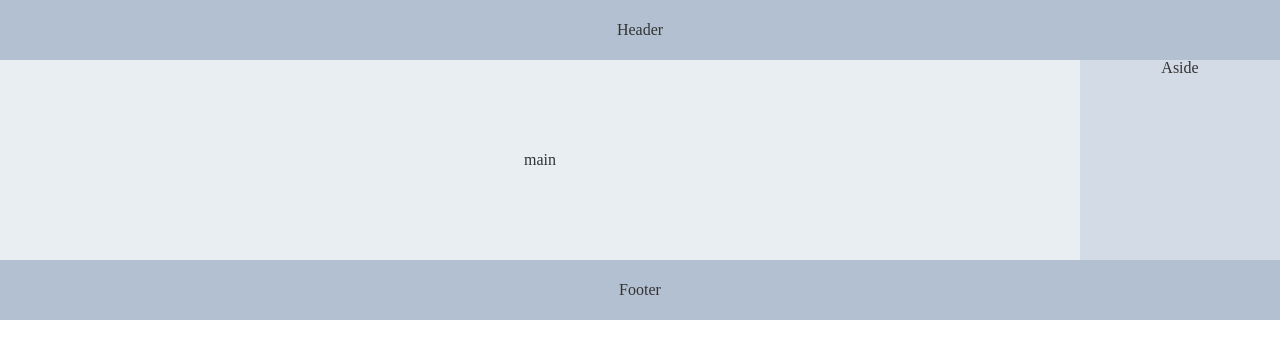
Repository: Trayvon21/cnode
Page: /
An editor plug-in stored every save of this project. The page is shown before and after the next save, followed by the edit.
The browser window is 1280 px wide. The pictures show the whole page.
The project was rebuilt for these pictures with package versions that can differ from the ones it lists, and the page was loaded fresh each time. Also part of the build but not shown: vue.config.js.

Above is the page before, as saved 2019-12-16 13:31:06.

### public/index.html
<!DOCTYPE html>
<html lang="en">

<head>
    <meta charset="utf-8">
    <meta http-equiv="X-UA-Compatible" content="IE=edge">
    <meta name="viewport" content="width=device-width,initial-scale=1.0">
    <link rel="stylesheet" href="./css/reset.css">
    <link rel="icon" href="<%= BASE_URL %>favicon.ico">
    <title>demo</title>
</head>

<body>
    <noscript>
      <strong>We're sorry but demo doesn't work properly without JavaScript enabled. Please enable it to continue.</strong>
    </noscript>
    <div id="app"></div>
    <!-- built files will be auto injected -->
</body>

</html>

### src/main.js
import Vue from 'vue'
import App from './App.vue'
import router from './router'
import store from './store'
import service from './http'
import ElementUI from 'element-ui';
import 'element-ui/lib/theme-chalk/index.css';
import axios from 'axios'
Vue.use(ElementUI);
Vue.config.productionTip = false
Vue.prototype.$axios = service
new Vue({
    router,
    store,
    render: h => h(App)
}).$mount('#app')

### src/App.vue
<template>
 <div>
<router-view></router-view>
 </div>
</template>

<script>
 export default {
   data () {
     return {

     }
   },
   components: {

   },
   methods: {

   },
   mounted() {

   },
   watch: {

   },
   computed: {

   }
 }
</script>

<style scoped lang='scss'>

</style>

### src/router/index.js
import Vue from 'vue'
import VueRouter from 'vue-router'
import Home from '../views/Home.vue'

Vue.use(VueRouter)

const routes = [{
        path: '/',
        component: Home,
        children: [{
            path: '',
            name: 'main',
            component: () =>
                import ('../views/main/Main')
        }]
    }, {
        path: '/login',
        component: Home,
        children: [{
            path: '',
            name: 'login',
            component: () =>
                import ('../views/Login/Login')
        }]
    }, {
        path: '/:id',
        component: Home,
        children: [{
            path: '',
            name: 'detail',
            component: () =>
                import ('../views/detail/Detail')
        }]
    }, {
        path: '*',
        name: 'error',
        component: () => ('../views/error')
    }

]

const router = new VueRouter({
    mode: 'history',
    base: process.env.BASE_URL,
    routes
})

export default router

### src/http/index.js
import axios from 'axios'
import qs from 'qs'
import { Loading, Message } from 'element-ui'

// let loading = null


// 判断当前环境是生产环境还是开发环境
// process.env.NODE_ENV的值决定当前环境
// production为生产环境 development为开发环境
const isProduction = process.env.NODE_ENV === 'production'

// 创建axios配置对象
const service = axios.create()

// 接口基础路径
service.defaults.baseURL = isProduction ? '线上接口路径' : '/api'

// 超时时间
service.defaults.timeout = 10000
    // 请求头类型
service.defaults.headers.post['Content-Type'] = 'application/x-www-form-urlencoded'

// 请求拦截器
service.interceptors.request.use(config => {
    loading = Loading.service({
        text: '正在加载中......'
    })
    let token = localStorage.getItem('adminToken')
        // 每次请求 都在请求头带上token
    if (token) {
        config.headers['Authorization'] = 'Bearer ' + token
    }
    return config
}, err => {
    console.log(err)
    return Promise.reject(err)
})

// 响应拦截器
service.interceptors.response.use(response => {
    if (loading) {
        loading.close()
    }
    return response.data
}, err => {
    // if (err.response.status === 401) {
    //   Message.error(err.response.data.msg)
    // }
})

service.req = function(...params) {
    if (params.length === 1) {
        return service.get(params[0])
    }
    if (params.length === 2) {
        return service.post(params[0], qs.stringify(params[1]))
    }
}

export default service

### src/views/Home.vue
<template>
  <div>
    <el-container :span="24">
      <el-header>Header</el-header>
      <el-container :span="18">
        <el-main><router-view /></el-main>
        <el-aside width="200px">Aside</el-aside>
      </el-container>
      <el-footer>Footer</el-footer>
    </el-container>
  </div>
</template>

<script>
export default {
  data() {
    return {};
  },
  components: {},
  methods: {},
  mounted() {},
  watch: {},
  computed: {}
};
</script>

<style scoped lang='scss'>
.el-main {
  background-color: #e9eef3;
  color: #333;
  text-align: center;
  line-height: 160px;
}
.el-aside {
  background-color: #d3dce6;
  color: #333;
  text-align: center;
}
.el-header,
.el-footer {
  background-color: #b3c0d1;
  color: #333;
  text-align: center;
  line-height: 60px;
}
body > .el-container {
  margin-bottom: 40px;
}
</style>

### src/views/main/Main.vue
<template>
  <div>main</div>
</template>

<script>
export default {
  data() {
    return {};
  },
  components: {},
  methods: {},
  mounted() {},
  watch: {},
  computed: {}
};
</script>

<style scoped lang='scss'>
</style>

Loaded but not shown: src/store/index.js (common file); public/css/reset.css (common file)

After the next save:
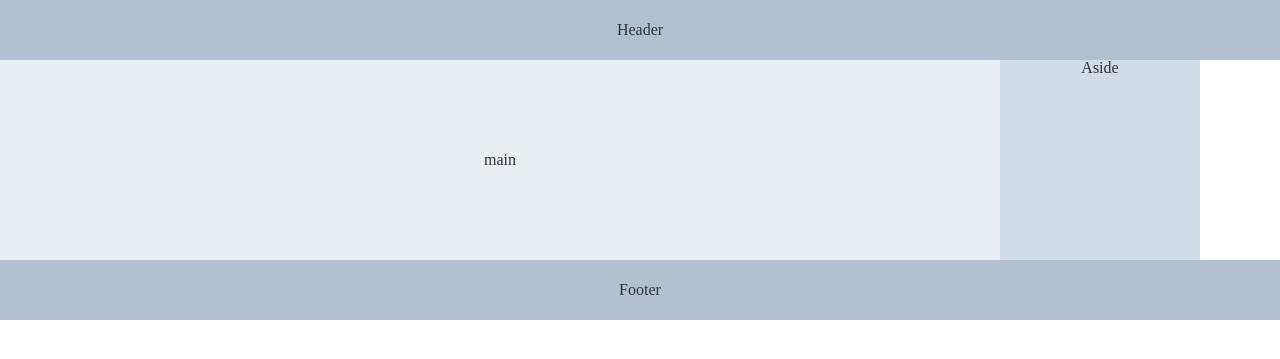
Saved 58 s later.
--- a/src/views/Home.vue
+++ b/src/views/Home.vue
@@ -1,8 +1,8 @@
 <template>
   <div>
-    <el-container :span="24">
+    <el-container>
       <el-header>Header</el-header>
-      <el-container :span="18">
+      <el-container class="main">
         <el-main><router-view /></el-main>
         <el-aside width="200px">Aside</el-aside>
       </el-container>
@@ -46,4 +46,7 @@ export default {
 body > .el-container {
   margin-bottom: 40px;
 }
+.main{
+  width: 1200px;
+}
 </style>
